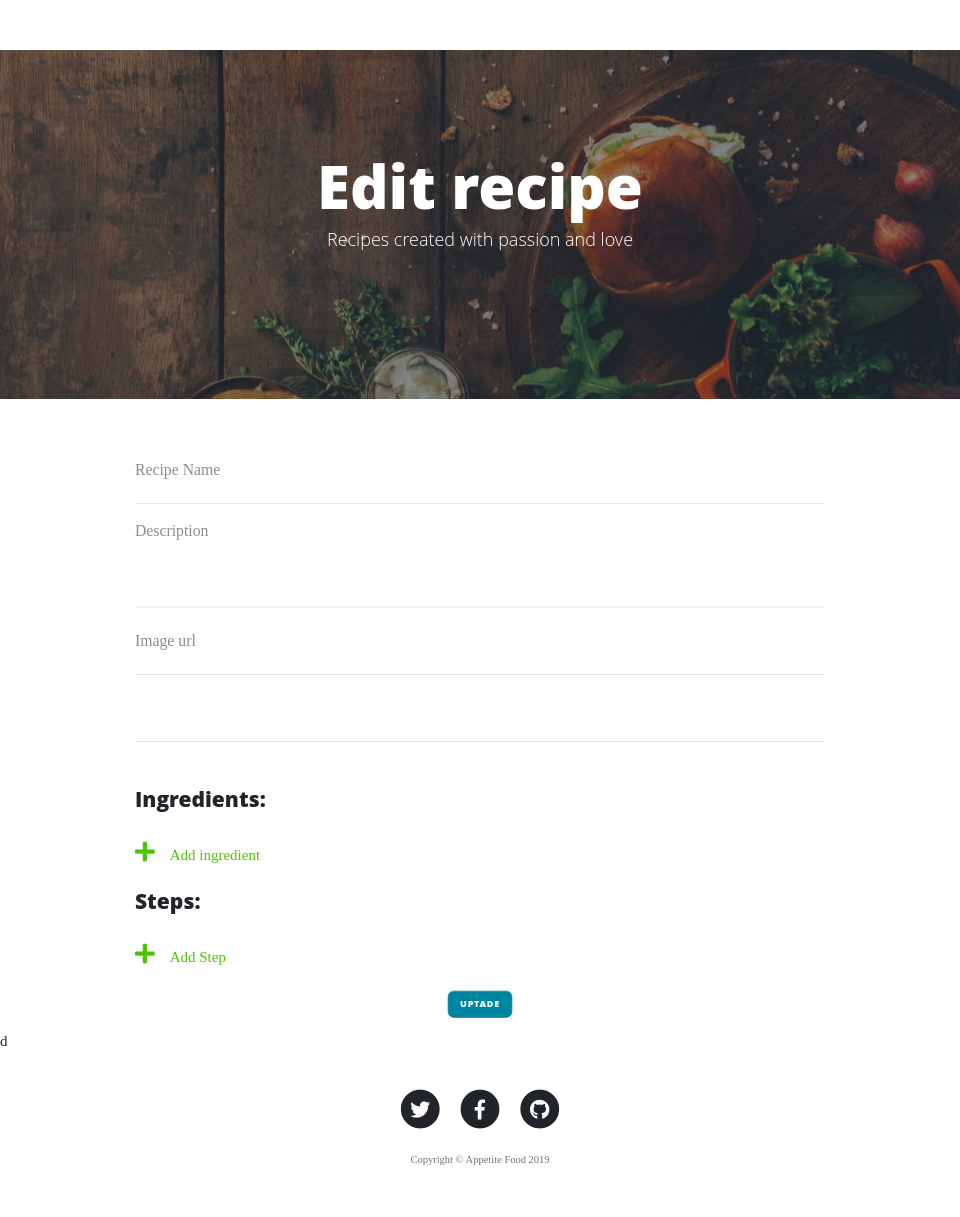
Repository: LukaszPlawinski/appetite-food
Page: templates/edit_recipe.html
The author's editor kept a record of every edit. The page is drawn from the files as they stood at one moment, then again after the next edit.
The browser window is 1280 px wide. The pictures show the whole page, at 75% of full size.
The page is served by the project's application, run on Flask 3 (run.py). The template is opened directly, without the code that normally fills it, so the values that code supplies are empty.

Above is the page before.

After the next edit:
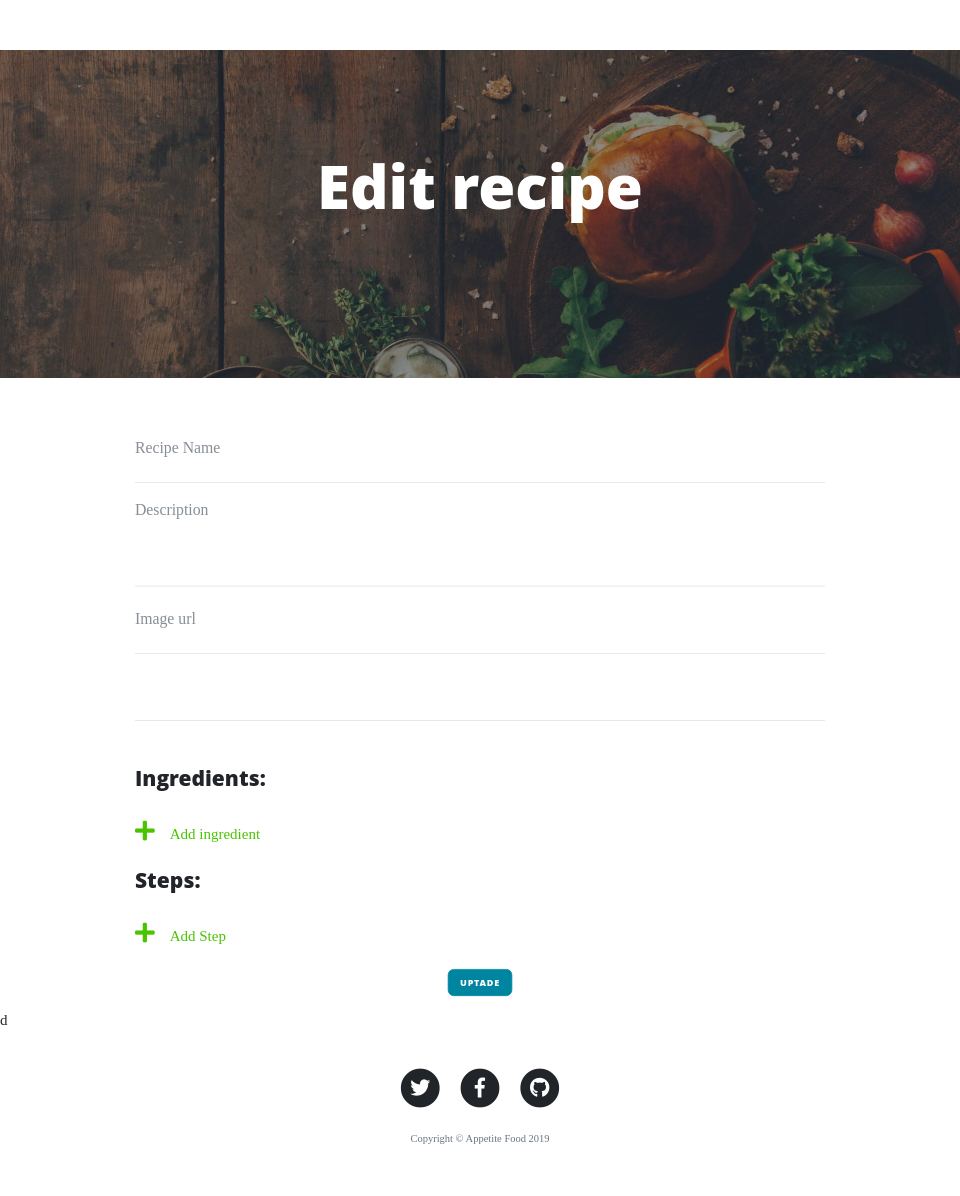
The edit:
--- a/templates/edit_recipe.html
+++ b/templates/edit_recipe.html
@@ -4,7 +4,6 @@
     {% endblock %}
     {% block header %}
         <h1>Edit recipe</h1>
-        <span class="subheading">Recipes created with passion and love</span>
     {% endblock %}
     {% block content %}
 
